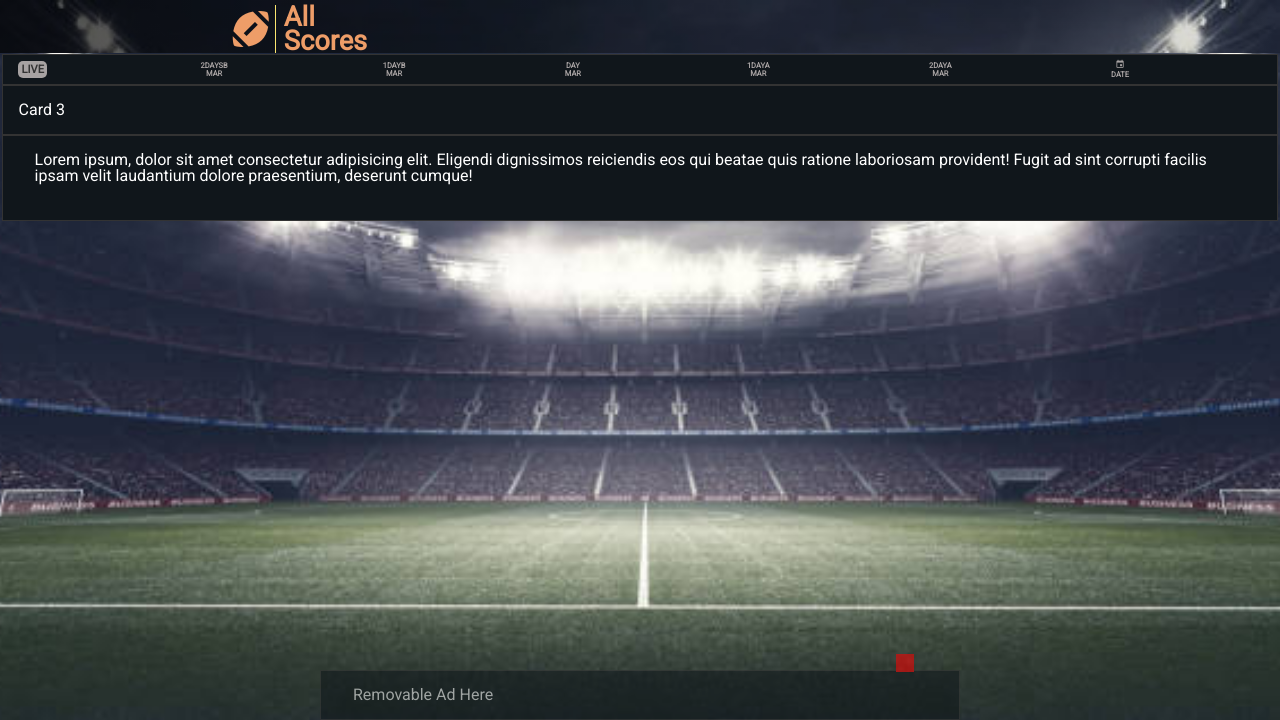
Repository: boomshakar/AllScores
Page: index.html
The author's editor kept a copy of each file at every save. The page is drawn from the files as they stood at one save, then again after the next save.
The browser window is 1280 px wide. The pictures show the whole page.
The style sheet was rebuilt from its Sass, Less or Tailwind sources for each picture, by a compiler version that may differ from the author's.

Above is the page before, as saved 2021-03-30 13:31:37.

### index.html
<!DOCTYPE html>
<html lang="en">
  <head>
    <meta charset="UTF-8" />
    <meta http-equiv="X-UA-Compatible" content="IE=edge" />
    <meta name="viewport" content="width=device-width, initial-scale=1.0" />
    <title>All Scores</title>
    <link rel="stylesheet" href="css/main.css" />
    <link
      rel="stylesheet"
      href="https://fonts.googleapis.com/icon?family=Material+Icons"
    />
  </head>
  <body>
    <header>
      <a href="index.html" class="head-name__logo">
        <span class="material-icons md-48">sports_football</span>
        <h1>All<br />Scores</h1>
      </a>
      <ul class="head-name">
        <a href="index.html"
          ><li class="head-name__mob active">
            <span class="material-icons md-36">sports_soccer</span>
            <h3>Soccer</h3>
          </li></a
        >
        <a href="#"
          ><li class="head-name__mob">
            <span class="material-icons md-36">sports_basketball</span>
            <h3>Basket</h3>
          </li></a
        >
        <a href="#"
          ><li class="head-name__mob">
            <span class="material-icons md-36">golf_course</span>
            <h3>Golf</h3>
          </li></a
        >
        <a href="#"
          ><li class="head-name__mob">
            <span class="material-icons md-36">sports_tennis</span>
            <h3>Tennis</h3>
          </li></a
        >
      </ul>
      <div class="menu-btn">
        <span class="menu-btn__burger"></span>
      </div>
      <nav class="nav">
        <ul class="menu-nav">
          <div class="menu-nav__time">
            Lorem ipsum, dolor sit amet consectetur adipisicing elit. Qui
            quidem, dignissimos asperiores totam nesciunt laborum at consectetur
            nam temporibus ea.
          </div>
          <li class="menu-nav__item active">
            <a href="index.html" class="menu-nav__link">Soccer</a>
          </li>
          <li class="menu-nav__item">
            <a href="#" class="menu-nav__link">Basketball</a>
          </li>
          <li class="menu-nav__item">
            <a href="#" class="menu-nav__link">Tennis</a>
          </li>
          <li class="menu-nav__item">
            <a href="#" class="menu-nav__link">Hockey</a>
          </li>
          <li class="menu-nav__item">
            <a href="#" class="menu-nav__link">Golf</a>
          </li>
          <li class="menu-nav__item">
            <a href="#" class="menu-nav__link">Basketball</a>
          </li>
          <li class="menu-nav__item">
            <a href="#" class="menu-nav__link">Tennis</a>
          </li>
          <li class="menu-nav__item">
            <a href="#" class="menu-nav__link">Hockey</a>
          </li>
          <li class="menu-nav__item">
            <a href="#" class="menu-nav__link">Golf</a>
          </li>
          <li class="menu-nav__item">
            <a href="#" class="menu-nav__link">Basketball</a>
          </li>
          <li class="menu-nav__item">
            <a href="#" class="menu-nav__link">Tennis</a>
          </li>
          <li class="menu-nav__item">
            <a href="#" class="menu-nav__link">Hockey</a>
          </li>
          <li class="menu-nav__item">
            <a href="#" class="menu-nav__link">Golf</a>
          </li>
          <div class="menu-nav__foot">
            Lorem ipsum dolor sit amet consectetur adipisicing elit. Quisquam
            quod neque provident ex cumque adipisci, iusto, tempora quibusdam
            maxime, magni autem perferendis? Quibusdam, tenetur. Laudantium,
            velit reiciendis deleniti perferendis nesciunt vitae dolores itaque
            aut voluptas dolor veritatis. Optio ducimus consectetur nisi sequi,
            nesciunt id quis mollitia, laborum voluptates necessitatibus modi.
          </div>
        </ul>
      </nav>
    </header>
    <div class="grid-contain">
      <span class="card">
        <div class="date-select">
          <a href="#" class="date-select__link active"
            ><div class="date-select__match live-logo">
              <strong>live</strong>
            </div></a
          >
          <a href="#" class="date-select__link"
            ><div class="date-select__match">
              <h6>2daysB</h6>
              <h6>Mar</h6>
            </div></a
          >
          <a href="#" class="date-select__link"
            ><div class="date-select__match">
              <h6>1dayB</h6>
              <h6>Mar</h6>
            </div></a
          >
          <a href="#" class="date-select__link"
            ><div class="date-select__match">
              <h6>Day</h6>
              <h6>Mar</h6>
            </div></a
          >
          <a href="#" class="date-select__link"
            ><div class="date-select__match">
              <h6>1dayA</h6>
              <h6>Mar</h6>
            </div></a
          >
          <a href="#" class="date-select__link"
            ><div class="date-select__match">
              <h6>2dayA</h6>
              <h6>Mar</h6>
            </div></a
          >
          <a href="#" class="date-select__link"
            ><div class="date-select__match live-cal">
              <span class="material-icons"> event </span>
              <h6>Date</h6>
            </div></a
          >
        </div>
      </span>
      <div class="card">Card 2</div>
      <div class="card">Card 3</div>
      <div class="card">Card 4</div>
      <div class="card revad">
        <div class="revad-btn">
          <div class="revad-btn__burger"></div>
        </div>
        <p class="revad-item">Removable Ad Here</p>
      </div>
      <div class="card">
        Lorem ipsum, dolor sit amet consectetur adipisicing elit. Eligendi
        dignissimos reiciendis eos qui beatae quis ratione laboriosam provident!
        Fugit ad sint corrupti facilis ipsam velit laudantium dolore
        praesentium, deserunt cumque!
      </div>
    </div>
  </body>
  <script src="main.js"></script>
</html>

### main.js
const menuBtn = document.querySelector(".menu-btn");
const menuBurger = document.querySelector(".menu-btn__burger");
const nav = document.querySelector(".nav");
const headName = document.querySelector(".head-name");
const menuNav = document.querySelector(".menu-nav");
const menuNavList = document.querySelectorAll(".menu-nav__item");

let menuOpen = false;

menuBtn.addEventListener("click", toggleMenu);

function toggleMenu() {
  if (!menuOpen) {
    menuBurger.classList.add("open");
    nav.classList.add("open");
    headName.classList.add("open");
    menuNav.classList.add("open");
    menuNavList.forEach((item) => item.classList.add("open"));

    menuOpen = true;
  } else {
    menuBurger.classList.remove("open");
    nav.classList.remove("open");
    headName.classList.remove("open");
    menuNav.classList.remove("open");
    menuNavList.forEach((item) => item.classList.remove("open"));

    menuOpen = false;
  }
}

### scss/main.scss
@import "config";
@import "menu";
@import "home";
@import "responsive";

body {
  position: relative;
  background: $primary-color;
  color: $text-color;
  height: 100vh;
  font-family: "Roboto", "Segoe UI", Tahoma, Verdana, sans-serif;
  line-height: 1;
  background: url(../img/stadium3.jpg);
  background-size: cover;
  background-repeat: no-repeat;
  background-position: center;
  background-attachment: fixed;
}

header {
  display: flex;
  z-index: 2;
  background: linear-gradient(to right, rgba(#000, 0.7), rgba(#000, 0.1)),
    url(../img/head.jpg);
  background-size: cover;
  background-repeat: no-repeat;
  position: fixed;
  width: 100vw;
  padding-top: 0.3rem;

  a {
    color: $secondary-color;
  }
}

.revad {
  visibility: visible;
  &.open {
    visibility: hidden;
  }

  &-btn {
    position: fixed;
    width: 18px;
    height: 18px;
    bottom: 3rem;
    right: 20%;
    left: 70%;
    background: red;
  }
}

### scss/_config.scss
$primary-color: #24303a;
$secondary-color: #ee9d68;
$text-color: #fae56f;
$text-color2: rgb(167, 162, 162);

* {
  box-sizing: border-box;
  margin: 0;
  padding: 0;
  outline: 0;
  list-style: none;
}
a {
  text-decoration: none;
}

@import url("https://fonts.googleapis.com/css2?family=Roboto&display=swap");

@mixin transition-mix {
  transition: all 0.5s ease-in-out;
}

@mixin media-xxsm {
  @media screen and (max-width: 313px) {
    @content;
    ul.head-name {
      visibility: hidden;
    }
  }
}

@mixin media-xsm {
  @media screen and (min-width: 314px) and (max-width: 359px) {
    @content;
  }
}

@mixin media-sm {
  @media screen and (min-width: 360px) and (max-width: 399px) {
    @content;
  }
}

@mixin media-smd {
  @media screen and (min-width: 400px) {
    @content;
  }
}

@mixin media-md {
  @media screen and (min-width: 500px) {
    @content;
  }
}

@mixin media-lg {
  @media screen and (min-width: 700px) {
    @content;
  }
}

@mixin media-xl {
  @media screen and (min-width: 1000px) {
    @content;
  }
}

### scss/_menu.scss
.menu-btn {
  position: fixed;
  z-index: 1;
  width: 28px;
  height: 20px;
  top: 0.8rem;
  right: 0.7rem;
  background: transparent;
  cursor: pointer;
  @include transition-mix;
  &__burger {
    position: absolute;
    width: 20px;
    height: 3px;
    right: 0.5rem;
    top: 0.5rem;
    background: pink;
    border-radius: 5px;
    @include transition-mix;

    &::before {
      content: "";
      position: absolute;
      width: 28px;
      height: 3px;
      top: -8px;
      background: $text-color;
      border-radius: 5px;
      @include transition-mix;
    }

    &::after {
      content: "";
      position: absolute;
      width: 28px;
      height: 3px;
      top: 8px;
      background: $text-color;
      border-radius: 5px;
      @include transition-mix;
    }

    &.open {
      transform: rotate(720deg);
      background: transparent;

      &::before {
        transform: rotate(45deg) translate(5px, 8px);
        background: $secondary-color;
      }
      &::after {
        transform: rotate(-45deg) translate(3px, -7px);
        background: $secondary-color;
      }
    }
  }
}
nav {
  position: fixed;
  top: 0;
  left: 0;
  width: 100vw;
  visibility: hidden;
  &.open {
    visibility: visible;
  }
}

.menu-nav {
  display: grid;
  grid-template-columns: 1fr;
  grid-template-rows: 1fr;
  width: 100vw;
  height: 100vh;
  top: 50px;
  left: 0;
  right: 0;
  bottom: 0;
  overflow-y: scroll;
  overflow-x: hidden;
  background: $primary-color;
  opacity: 0.97;
  transform: translateY(-100%);
  @include transition-mix;

  &.open {
    transform: translateY(0);
  }
  &__time {
    padding: 1.5rem 1.5rem 1rem 1.5rem;
    line-height: 1.2;
    font-size: 12px;
  }

  &__item {
    transform: translateX(100vw);
    border-bottom: 1px solid rgb(102, 96, 96);
    @include transition-mix;
    &:nth-of-type(1) {
      border-top: 1px solid rgb(102, 96, 96);
    }
    &.open {
      transform: translateX(0);
    }
    &.active > a {
      color: $secondary-color;
    }
  }

  &__link {
    display: grid;
    font-size: 1.1rem;
    padding: 0.7rem 0;
    font-weight: 600;
    text-transform: uppercase;
    text-align: center;
    color: rgb(167, 162, 162);
    @include transition-mix;

    &:hover {
      color: $secondary-color;
    }
  }

  &__foot {
    padding: 2rem 1.5rem 200px 1.5rem;
    font-size: 12px;
  }
}

@for $f from 1 through 14 {
  .menu-nav__item:nth-child(#{$f}) {
    transition-delay: ($f * 0.1s) + 0.05s;
  }
}

### scss/_home.scss
.grid-contain {
  padding: 3.4rem 0.1rem 1.5rem 0.1rem;
  display: grid;
  grid-template-columns: 1fr;
  grid-template-rows: repeat(auto-fit, minmax(10px, 1fr));

  .card {
    background: darken($primary-color, 10%);
    border: 1px solid #333;
    color: #fff;

    &:nth-child(1) {
      //date selector
      grid-column: 1 / 1;
      grid-row: 1/ 2;
      .date-select {
        display: flex;
        flex-direction: row;
        justify-content: space-around;

        &__link {
          color: $text-color2;
          padding: 0.3rem 0.5rem;
          text-transform: uppercase;
          text-align: center;
          align-content: center;
          justify-self: center;
          width: 13vw;
          &:nth-child(1) > .live-logo {
            color: #333;
            background: $text-color2;
            border-radius: 5px;
            padding: 3px;
            width: max-content;
          }
        }
        &__match {
          font-size: 0.7rem;
          width: max-content;
          .material-icons {
            font-size: 0.6rem;
            width: max-content;
          }
        }
      }
    }

    &:nth-child(2) {
      //left side
      // grid-column: 1;
      // grid-row: 3 / 4;
      visibility: hidden;
    }

    &:nth-child(3) {
      //main menu
      grid-column: 1;
      grid-row: 2 / 3;
      padding: 1rem;
    }

    &:nth-child(4) {
      //right side
      // grid-column: 1;
      // grid-row: 4 / 5;
      visibility: hidden;
    }

    &:nth-child(5) {
      //stciky ad below
      // grid-column: 1;
      // grid-row: 3 / 4;
      position: fixed;
      bottom: 0;
      right: 25%;
      left: 25%;
      opacity: 0.55;
      padding: 1rem 2rem;
    }

    &:nth-child(6) {
      //footer
      grid-column: 1;
      grid-row: 3 / 4;
      padding: 1rem 2rem;
      padding-bottom: 2.3rem;
    }
  }
}

### scss/_responsive.scss
@include media-xxsm {
  header {
    height: 2.8rem;
    justify-content: space-between;
    .head-name__logo {
      display: flex;
      flex-direction: row;
      cursor: pointer;
      &:hover > .material-icons {
        color: $text-color;
      }

      .material-icons {
        font-size: 2.5rem;
        align-items: center;
        cursor: pointer;
        @include transition-mix;
      }
      h1 {
        font-weight: 800;
        border-left: 1px solid $text-color;
        line-height: 1.3rem;
        padding: 0 0.5rem;
        font-size: 1.1rem;
        cursor: pointer;
      }
    }
  }
}

@include media-xsm {
  header {
    justify-content: space-between;
    .head-name__logo {
      display: flex;
      flex-direction: row;
      cursor: pointer;
      height: 2.5rem;
      &:hover > .material-icons {
        color: $text-color;
      }

      .material-icons {
        font-size: 2.5rem;
        align-items: center;
        cursor: pointer;
        @include transition-mix;
      }
      h1 {
        font-weight: 800;
        border-left: 1px solid $text-color;
        line-height: 1.3rem;
        padding: 0 0.5rem;
        font-size: 1.1rem;
        cursor: pointer;
      }
    }
    ul.head-name {
      display: flex;
      flex-direction: row;
      margin-right: 2rem;
      &.open {
        visibility: hidden;
      }

      .head-name__mob {
        border-left: 1px solid $text-color2;
        padding: 0 0.2rem;
        text-align: center;
        width: 3rem;
        @include transition-mix;
        &.active {
          background: linear-gradient(
            to right,
            rgba(#fff, 0.3),
            rgba(#fff, 0.1)
          );
          color: $text-color;
          border-radius: 5px;
          border-left: 1px solid $text-color;
        }
        &:hover > .material-icons {
          color: $text-color;
        }
      }
      .material-icons {
        font-size: 1.3rem;
        cursor: pointer;
        @include transition-mix;
      }
      h3 {
        font-size: 0.7rem;
      }
    }
    .menu-btn {
      right: -0.3rem;
    }
  }
}

@include media-sm {
  header {
    justify-content: space-between;
    .head-name__logo {
      display: flex;
      flex-direction: row;
      cursor: pointer;
      height: 2.5rem;
      &:hover > .material-icons {
        color: $text-color;
      }

      .material-icons {
        font-size: 2.5rem;
        align-items: center;
        cursor: pointer;
        @include transition-mix;
      }
      h1 {
        font-weight: 800;
        border-left: 1px solid $text-color;
        line-height: 1.3rem;
        padding: 0 0.5rem;
        font-size: 1.1rem;
        cursor: pointer;
      }
    }
    ul.head-name {
      display: flex;
      flex-direction: row;
      margin-right: 2rem;
      &.open {
        visibility: hidden;
      }

      .head-name__mob {
        border-left: 1px solid $text-color2;
        padding: 0 0.5rem;
        text-align: center;
        width: 3.3rem;
        &.active {
          background: linear-gradient(
            to right,
            rgba(#fff, 0.3),
            rgba(#fff, 0.1)
          );
          color: $text-color;
          border-radius: 5px;
          border-left: 1px solid $text-color;
        }
        &:hover > .material-icons {
          color: $text-color;
        }
      }
      .material-icons {
        font-size: 1.3rem;
        cursor: pointer;
        @include transition-mix;
      }
      h3 {
        font-size: 0.8rem;
      }
    }
    .menu-btn {
      right: 0.3rem;
    }
  }
}

@include media-smd {
  header {
    justify-content: space-between;
    .head-name__logo {
      display: flex;
      flex-direction: row;
      cursor: pointer;
      &:hover > .material-icons {
        color: $text-color;
      }

      .material-icons {
        font-size: 3rem;
        align-items: center;
        cursor: pointer;
        @include transition-mix;
      }
      h1 {
        font-weight: 800;
        border-left: 1px solid $text-color;
        line-height: 1.5rem;
        padding: 0 0.5rem;
        font-size: 1.4rem;
        cursor: pointer;
      }
    }
    ul.head-name {
      display: flex;
      flex-direction: row;
      margin-right: 2rem;
      &.open {
        visibility: hidden;
      }

      .head-name__mob {
        border-left: 1px solid $text-color2;
        padding: 0 0.3rem;
        text-align: center;
        width: 3.4rem;
        @include transition-mix;
        &.active {
          background: linear-gradient(
            to right,
            rgba(#fff, 0.3),
            rgba(#fff, 0.1)
          );
          color: $text-color;
          border-radius: 5px;
          border-left: 1px solid $text-color;
        }
        &:hover > .material-icons {
          color: $text-color;
        }
      }
      .material-icons {
        font-size: 1.7rem;
        cursor: pointer;
        @include transition-mix;
      }
      h3 {
        font-size: 0.8rem;
      }
    }
    .menu-btn {
      top: 1.2rem;
      right: 0.4rem;
    }
  }
}

@include media-md {
  header {
    justify-content: space-between;
    .head-name__logo {
      display: flex;
      flex-direction: row;
      cursor: pointer;
      &:hover > .material-icons {
        color: $text-color;
      }

      .material-icons {
        font-size: 3rem;
        align-items: center;
        cursor: pointer;
        @include transition-mix;
      }
      h1 {
        font-weight: 800;
        border-left: 1px solid $text-color;
        line-height: 1.5rem;
        padding: 0 0.5rem;
        font-size: 1.7rem;
        cursor: pointer;
      }
    }
    ul.head-name {
      display: flex;
      flex-direction: row;
      margin-right: 5rem;
      &.open {
        visibility: hidden;
      }

      .head-name__mob {
        border-left: 1px solid $text-color2;
        padding: 0 0.5rem;
        text-align: center;
        width: 3.8rem;
        @include transition-mix;
        &.active {
          background: linear-gradient(
            to right,
            rgba(#fff, 0.3),
            rgba(#fff, 0.1)
          );
          color: $text-color;
          border-radius: 5px;
          border-left: 1px solid $text-color;
        }
        &:hover > .material-icons {
          color: $text-color;
        }
      }
      .material-icons {
        font-size: 1.7rem;
        cursor: pointer;
        @include transition-mix;
      }
      h3 {
        font-size: 0.8rem;
      }
    }
  }
}

@include media-lg {
  header {
    justify-content: space-evenly;
    .head-name__logo {
      display: flex;
      flex-direction: row;
      cursor: pointer;
      margin-right: 8rem;
      &:hover > .material-icons {
        color: $text-color;
      }

      .material-icons {
        font-size: 3rem;
        align-items: center;
        cursor: pointer;
        @include transition-mix;
      }
      h1 {
        font-weight: 800;
        border-left: 1px solid $text-color;
        line-height: 1.5rem;
        padding: 0 0.5rem;
        font-size: 1.7rem;
        cursor: pointer;
      }
    }
    ul.head-name {
      display: flex;
      flex-direction: row;
      &.open {
        visibility: hidden;
      }

      .head-name__mob {
        border-left: 1px solid $text-color2;
        padding: 0 0.3rem;
        text-align: center;
        width: 3.8rem;
        &.active {
          background: linear-gradient(
            to right,
            rgba(#fff, 0.3),
            rgba(#fff, 0.1)
          );
          color: $text-color;
          border-radius: 5px;
          border-left: 1px solid $text-color;
        }
        &:hover > .material-icons {
          color: $text-color;
        }
      }
      .material-icons {
        font-size: 1.7rem;
        cursor: pointer;
        @include transition-mix;
      }
      h3 {
        font-size: 0.8rem;
      }
    }
    .menu-btn {
      visibility: hidden;
    }
  }
}

@include media-xl {
  header {
    justify-content: space-evenly;
    .head-name__logo {
      display: flex;
      flex-direction: row;
      cursor: pointer;
      margin-right: 8rem;
      &:hover > .material-icons {
        color: $text-color;
      }

      .material-icons {
        font-size: 3rem;
        align-items: center;
        cursor: pointer;
        @include transition-mix;
      }
      h1 {
        font-weight: 800;
        border-left: 1px solid $text-color;
        line-height: 1.5rem;
        padding: 0 0.5rem;
        font-size: 1.7rem;
        cursor: pointer;
      }
    }
    ul.head-name {
      display: flex;
      flex-direction: row;
      &.open {
        visibility: hidden;
      }

      .head-name__mob {
        border-left: 1px solid $text-color2;
        padding: 0 0.3rem;
        text-align: center;
        width: 3.8rem;
        &.active {
          background: linear-gradient(
            to right,
            rgba(#fff, 0.3),
            rgba(#fff, 0.1)
          );
          color: $text-color;
          border-radius: 5px;
          border-left: 1px solid $text-color;
        }
        &:hover > .material-icons {
          color: $text-color;
        }
      }
      .material-icons {
        font-size: 1.7rem;
        cursor: pointer;
        @include transition-mix;
      }
      h3 {
        font-size: 0.8rem;
      }
    }
  }
}

After the next save:
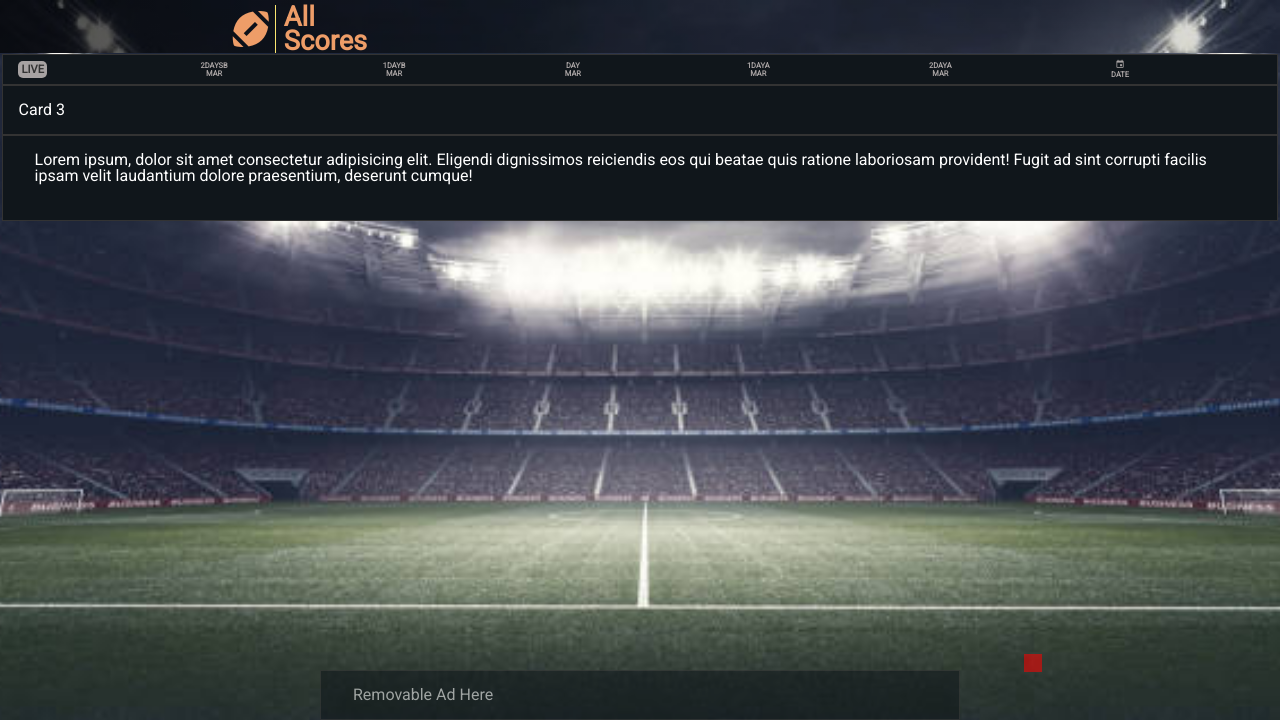
Saved 6 s later.
--- a/scss/main.scss
+++ b/scss/main.scss
@@ -45,7 +45,7 @@
     height: 18px;
     bottom: 3rem;
     right: 20%;
-    left: 70%;
+    left: 80%;
     background: red;
   }
 }
